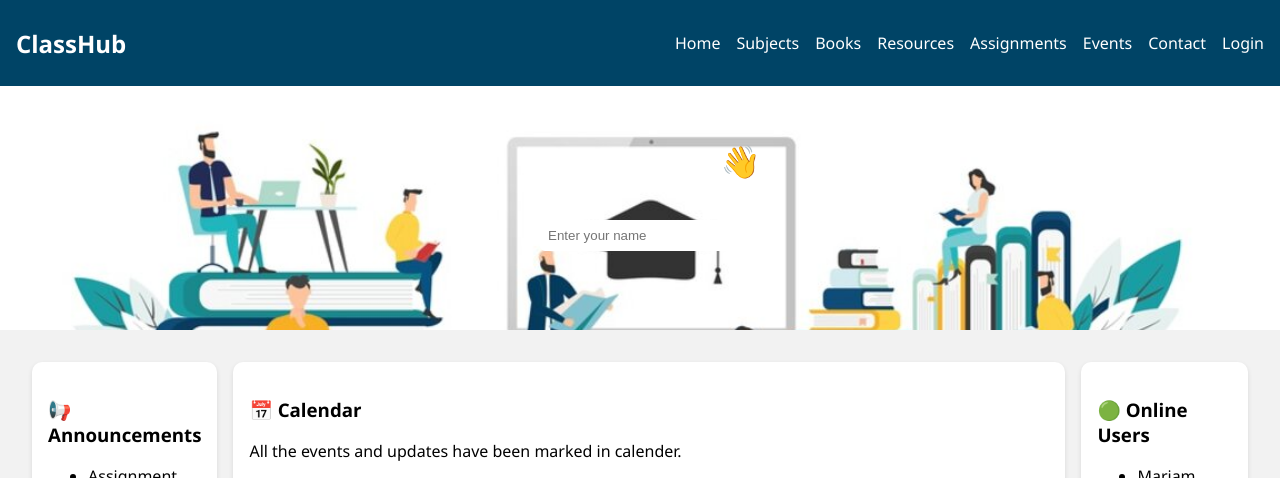
Repository: MariamSawera/eduNova
Page: index.html
The author's editor kept a copy of each file at every save. The page is drawn from the files as they stood at one save, then again after the next save.
The browser window is 1280 px wide. The pictures show the part of the page from y = 0 to 478 px (the page is 1740 px tall before and 2280 px after).
Pictures or frames that could not be fetched are drawn as grey boxes.

Above is the page before, as saved 2025-07-21 17:34:13.

### index.html
<html>
<head>
    <title>My Web Page</title>
    <meta charset="UTF-8">
    <meta name="viewport" content="width=device-width, initial-scale=1.0">
    <link rel="stylesheet" href="styles.css">
    <script src="script.js"></script>

</head>
<body>
  <nav>
    <div class="logo">ClassHub</div>
    <ul>
      <li><a href="index.html">Home</a></li>
      <!-- <li><a href="#">Semesters</a></li> -->
      <li><a href="#">Subjects</a></li>
      <li><a href="#">Books</a></li>
      <li><a href="#">Resources</a></li>
      <li><a href="#">Assignments</a></li>
      <li><a href="#">Events</a></li>
      <li><a href="#">Contact</a></li>
      <!-- <li><a href="#">Announcements</a></li> -->
      <li><a href="#">Login</a></li>
    </ul>
  </nav>

  <!-- Hero Section -->
  <div class="hero">
    <h1 id="welcome">Hello, Guest 👋</h1>
    <input type="text" id="nameInput" placeholder="Enter your name" oninput="updateName()" />
  </div>

  <!-- Dashboard Section -->
  <div class="dashboard">
    <!-- Announcements -->
    <div class="card">
      <h3>📢 Announcements</h3>
      <ul>
        <li>Assignment Web development due 31 July</li>
        <li>Classes starting from 15 Aug</li>
        <li>Movie Day at University Oct 15</li>
      </ul>
    </div>

    <!-- Calendar -->
    <div class="card">
      <h3>📅 Calendar</h3>
      <p>All the events and updates have been marked in calender.</p>
      <iframe src="https://calendar.google.com/calendar/embed?src=onlinelearningrecordings%40gmail.com&ctz=Asia%2FKarachi" style="border: 0" width="800" height="600" frameborder="0" scrolling="no"></iframe>    </div>

    <!-- Online Users -->
    <div class="card">
      <h3>🟢 Online Users</h3>
      <ul>
        <li>Mariam</li>
        <li>Sidra</li>
        <li>Alishba</li>
      </ul>
    </div>
  </div>

  <!-- Quick Material Access -->
  <div class="quick-links">
    <div class="link-card"><a href="firstsemester.html">📘 Semester 1</a></div>
    <div class="link-card"><a href="">📗 Semester 2</a></div>
    <div class="link-card"><a href="">📙 Semester 3</a></div>
    <div class="link-card"><a href="">📕 Semester 4</a></div>
    <div class="link-card"><a href="">📙 Semester 5</a></div>
    <div class="link-card"><a href="">📒 Semester 6</a></div>
    <div class="link-card"><a href="">📘 Semester 7</a></div>
    <div class="link-card"><a href="">📕 Semester 8</a></div>
    <div class="link-card"><a href="">📒 Past Papers</a></div>
    <div class="link-card"><a href="">🔗 Important Links</a></div>
  </div>



    </body>

    <footer class="footer">
        <p>&copy; 2023 My Web Page</p>
    </footer>
</html>

### styles.css
    body {
      margin: 0;
      font-family: 'Segoe UI', sans-serif;
      background: #f2f2f2;
    }

    nav {
      background-color: #004466;
      color: white;
      padding: 1rem;
      display: flex;
      justify-content: space-between;
      align-items: center;
    }

    nav .logo {
      font-size: 1.5rem;
      font-weight: bold;
    }

    a {
        text-decoration: none;
        color: inherit;
    }
    nav ul {
      list-style: none;
      display: flex;
      gap: 1rem;
    }

    nav ul li {
      display: inline;
    }

    nav ul li a {
      color: white;
      text-decoration: none;
    }

    .hero {
      /* background: linear-gradient(to right, #00aaff, #00ffcc); */
      background-image: url('./images/banner.jpg');
      background-size: cover;
      color: white;
      padding: 2rem;
      text-align: center;
      height: 25vh;
    }


    .hero input {
      padding: 0.5rem;
      border: none;
      border-radius: 5px;
      margin-top: 1rem;
      width: 200px;
    }

    .dashboard {
      display: grid;
      grid-template-columns: 1fr 1fr 1fr;
      gap: 1rem;
      padding: 2rem;
    }

    .card {
      background: white;
      padding: 1rem;
      border-radius: 10px;
      box-shadow: 0 2px 5px rgba(0,0,0,0.1);
    }

    .quick-links {
      padding: 2rem;
      display: grid;
      grid-template-columns: repeat(3, minmax(150px, 1fr));
      gap: 1rem;
    }

    .quick-links .link-card {
      background: white;
      text-align: center;
      padding: 1rem;
      border-radius: 10px;
      box-shadow: 0 2px 5px rgba(0,0,0,0.1);
      height: 80px;
    }

### script.js
function updateName() {
      const name = document.getElementById('nameInput').value;
      const welcome = document.getElementById('welcome');
      if(name.trim()) {
        welcome.textContent = `Hello, ${name}! 👋`;
      } else {
        welcome.textContent = `Hello, Guest 👋`;
      }
    }

After the next save:
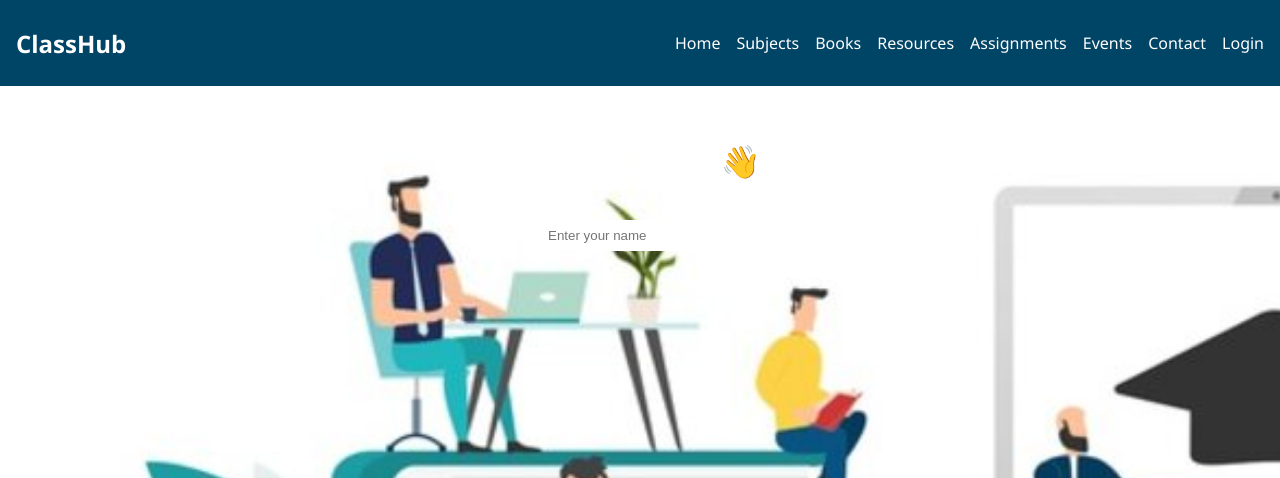
Saved 6 s later.
--- a/styles.css
+++ b/styles.css
@@ -44,7 +44,7 @@
       color: white;
       padding: 2rem;
       text-align: center;
-      height: 25vh;
+      height: 100vh;
     }
 
 

After the save that followed:
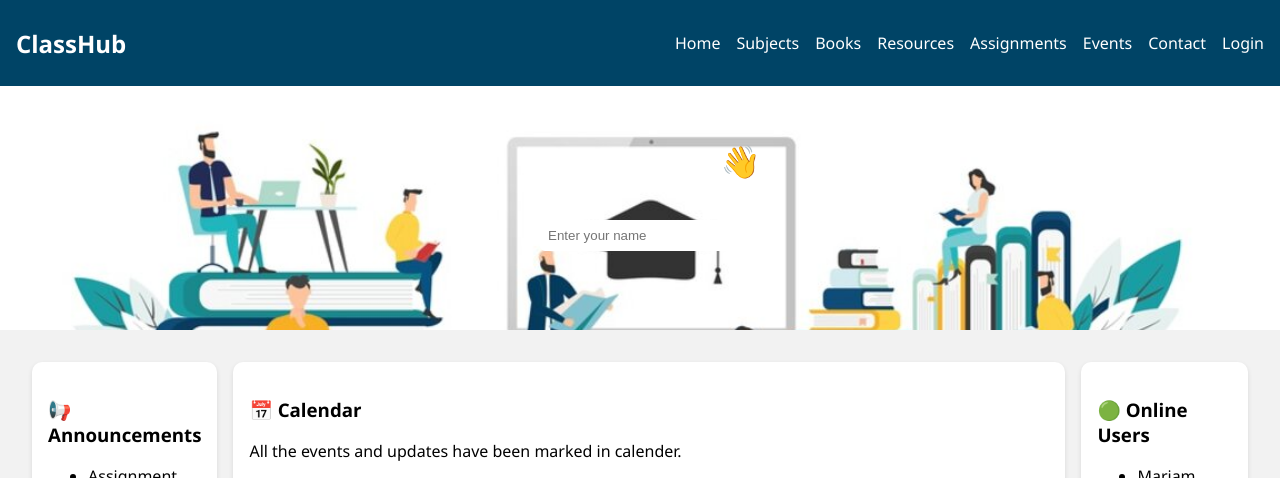
Saved 10 s later.
--- a/styles.css
+++ b/styles.css
@@ -44,7 +44,7 @@
       color: white;
       padding: 2rem;
       text-align: center;
-      height: 100vh;
+      height: 25vh;
     }
 
 
